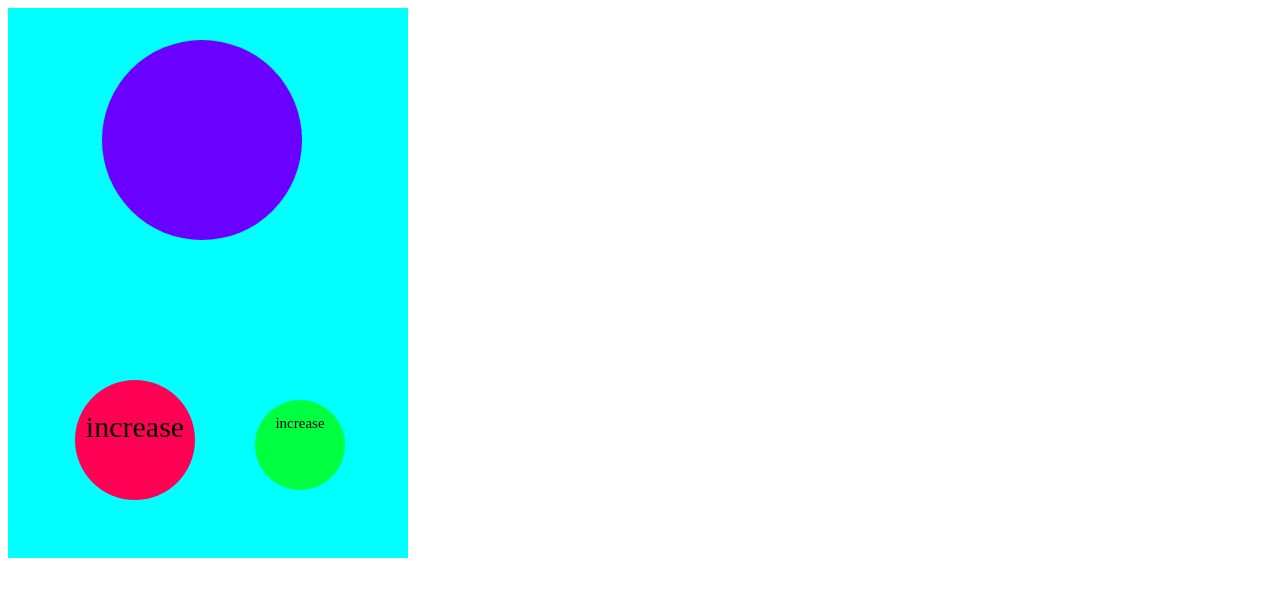
Repository: sara55m/Counter_App
Page: index.html
The author's editor kept a copy of each file at every save. The page is drawn from the files as they stood at one save, then again after the next save.
The browser window is 1280 px wide. The pictures show the whole page.

Above is the page before, as saved 2024-07-30 03:29:16.

### index.html
<!DOCTYPE html>
<html lang="en">
<head>
    <meta charset="UTF-8">
    <meta name="viewport" content="width=device-width, initial-scale=1.0">
    <title>Document</title>
    <link rel="stylesheet" href="css/style.css">
</head>
<body>
    <div class="container">
        <div class="main" id="main"></div>
        <div class="increase" id="increase" onclick="increase()"><p class="first">increase</p></div>
        <div class="reset" onclick="reset_1()"><p class="second">increase</p></div>
    </div>
    <script src="js/script.js"></script>
</body>
</html>

### css/style.css
.container{
    height:550px;
    width:400px;
    background-color: aqua;
}

.main{
    position:absolute;
    top:40px;
    left:102px;
    height:200px;
    width:200px;
    border-radius: 50%;
    background-color: rgb(106, 0, 255);
    text-align: center;
    font-size: 50px;
}


.increase{
    position:absolute;
    top:380px;
    left:75px;
    height:120px;
    width:120px;
    border-radius: 50%;
    background-color: rgb(255, 0, 85);
    text-align: center;
    font-size: 50px;
}
p.first{
    font-size: 30px;;
}

.reset{
    position:absolute;
    top:400px;
    left:255px;
    height:90px;
    width:90px;
    border-radius: 50%;
    background-color: rgb(0, 255, 64);
    text-align: center;
    font-size: 50px;
}

p.second{
    font-size: 15px;;
}

### js/script.js
let count=0;
let count1=0;
function increase(){
    count+=1;
    count1+=1;
    document.getElementById("increase").innerHTML=count;
    document.getElementById("main").innerHTML=count1;

}


function reset_1(){
    let count=0;
    let x=document.getElementById("main").innerHTML=count;

}

After the next save:
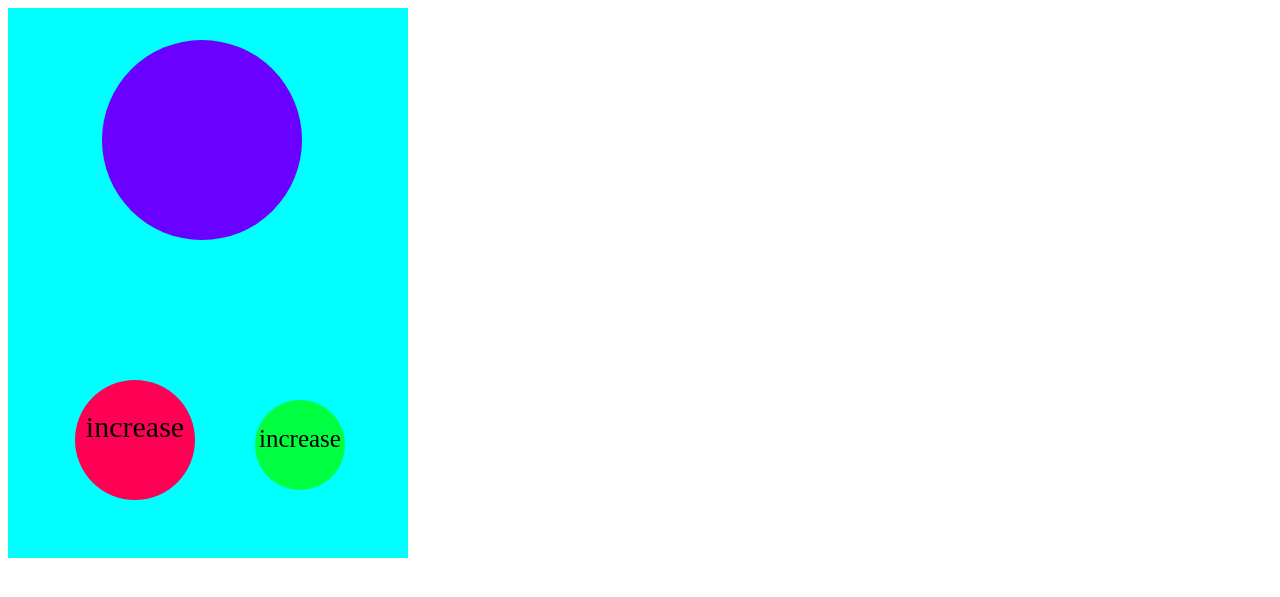
Saved 20 s later.
--- a/css/style.css
+++ b/css/style.css
@@ -45,5 +45,5 @@ p.first{
 }
 
 p.second{
-    font-size: 15px;;
+    font-size: 25px;;
 }
